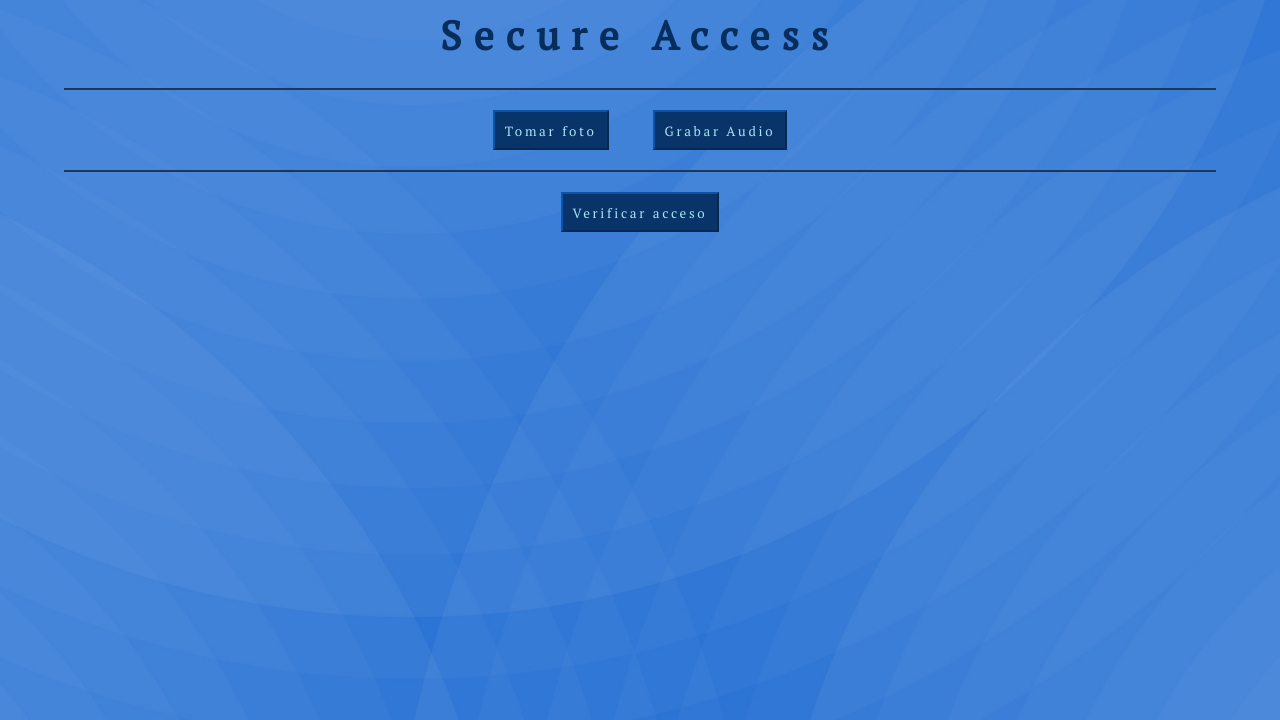
Repository: dabarreiroh/SECURE-ACCESS
Page: accessecure/templates/home/index.html
These files come from the project's save history. The page is drawn as it stood at one moment and after the next save; the edit follows.
The browser window is 1280 px wide. The pictures show the whole page.
The pointer rests on the first visible `input`.

Above is the page before, as saved 2020-03-17 00:01:59.

### accessecure/templates/home/index.html
<html>
    <head>
        <link rel="stylesheet" href="./../../static/admin/css/index/index.css">
        <link href="https://fonts.googleapis.com/css?family=PT+Serif&display=swap" rel="stylesheet">

    </head>
<body>

<h1>Secure Access</h1>

<div class="options">
    <input type="button" value="Tomar foto" onClick="window.location.href='photo'">
    <input type="button" value="Grabar Audio" onClick="window.location.href='audio'">
</div>


<div>
    <input type="button" value="Verificar acceso" onClick="window.location.href='verified'">
</div>

</body>
</html>

### accessecure/static/admin/css/index/index.css
*{
    text-align: center;
    font-family: 'PT Serif', serif;
}

body{
    background-image: url(../../img/background.jpg);
    background-size: cover;
}

h1{
    color: #072D5C;
    /* color: #1D3759; */
    letter-spacing: 0.3em;
    font-size: 40px;
}

.options{
    border: solid #1D3759;
    border-width: 2px 0px;
    width: 90vw;
    margin: 0 auto;
}

input{
    margin: 20px;
    height: 40px;
    padding: 10px;
    letter-spacing: 0.2em;
    /* background-color: #072D5C;
    border: 2px solid #406FA8; */
    background-color: #083469;
    border: 2px solid #0D53A8;
    border-style: outset;
    color: #A8E4F5;

}

After the next save:
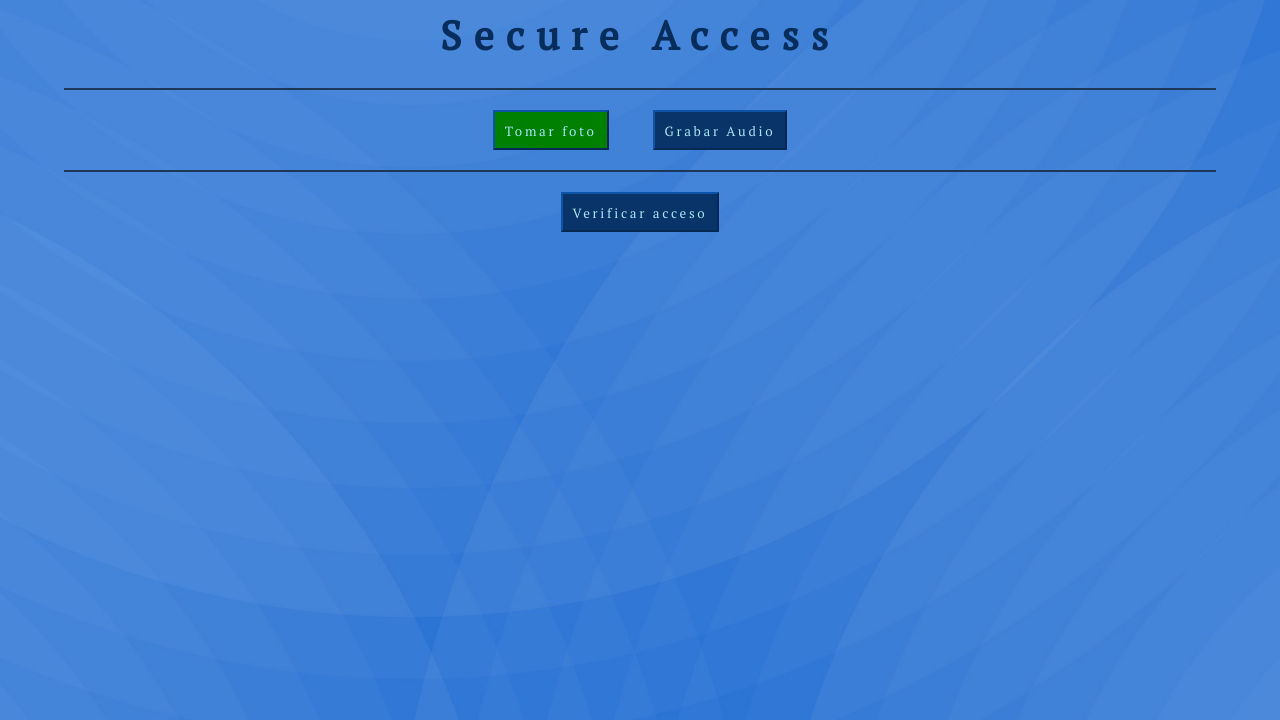
Saved 107 s later.
--- a/accessecure/static/admin/css/index/index.css
+++ b/accessecure/static/admin/css/index/index.css
@@ -33,5 +33,8 @@ input{
     border: 2px solid #0D53A8;
     border-style: outset;
     color: #A8E4F5;
+}
 
+input:hover{
+    background-color: green;
 }
